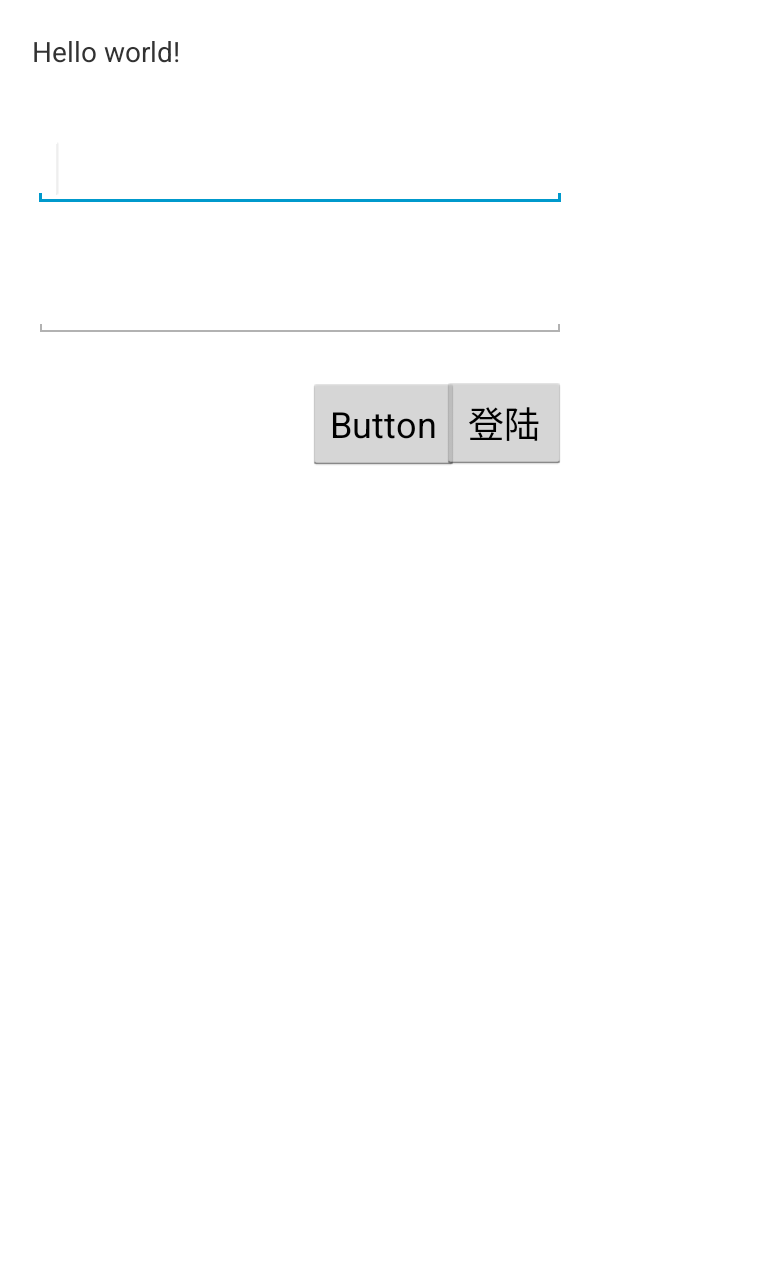
Repository: moetmd/learning-Android
Layout: MyApp/res/layout/activity_main.xml
These files come from the project's save history. The layout is drawn as it stood at one moment and after the next save; the edit follows.
It is drawn on a 768 x 1280 px phone screen (xhdpi) without system bars, with theme AppTheme; the app's code is not run.

Above is the layout before, as saved 2014-11-17 08:37:12.

### MyApp/res/layout/activity_main.xml
<RelativeLayout xmlns:android="http://schemas.android.com/apk/res/android"
    xmlns:tools="http://schemas.android.com/tools"
    android:layout_width="match_parent"
    android:layout_height="match_parent"
    android:paddingBottom="@dimen/activity_vertical_margin"
    android:paddingLeft="@dimen/activity_horizontal_margin"
    android:paddingRight="@dimen/activity_horizontal_margin"
    android:paddingTop="@dimen/activity_vertical_margin"
    tools:context="org.niit.myapp.MainActivity$PlaceholderFragment" >

    <TextView
        android:id="@+id/textView1"
        android:layout_width="wrap_content"
        android:layout_height="wrap_content"
        android:text="@string/hello_world" />

    <LinearLayout
        android:id="@+id/linearLayout1"
        android:layout_width="wrap_content"
        android:layout_height="wrap_content"
        android:layout_alignLeft="@+id/textView1"
        android:layout_below="@+id/textView1"
        android:orientation="vertical" >

            <EditText
        android:id="@+id/editText1"
        android:layout_width="268dp"
        android:layout_height="wrap_content"
        android:layout_below="@+id/linearLayout1"
        android:layout_centerHorizontal="true"
        android:layout_marginTop="30dp"
        android:ems="10" />

    <EditText
        android:id="@+id/editText2"
        android:layout_width="match_parent"
        android:layout_height="wrap_content"
        android:layout_alignLeft="@+id/editText1"
        android:layout_alignRight="@+id/editText1"
        android:layout_below="@+id/editText1"
        android:layout_marginTop="26dp"
        android:ems="10"
        android:inputType="textPassword" />

        <requestFocus />

    </LinearLayout>

    <Button
        android:id="@+id/button1"
        android:layout_width="wrap_content"
        android:layout_height="wrap_content"
        android:layout_below="@+id/linearLayout1"
        android:layout_centerHorizontal="true"
        android:layout_marginTop="18dp"
        android:text="Button" />

    <Button
        android:id="@+id/button2"
        android:layout_width="wrap_content"
        android:layout_height="wrap_content"
        android:layout_alignBaseline="@+id/button1"
        android:layout_alignBottom="@+id/button1"
        android:layout_alignRight="@+id/linearLayout1"
        android:text="@string/login" />



</RelativeLayout>

### MyApp/res/values/strings.xml
<?xml version="1.0" encoding="utf-8"?>
<resources>

    <string name="app_name">Eclipse</string>
    <string name="hello_world">Hello world!</string>
    <string name="action_settings">Settings</string>
    <string name="new_project">new project</string>
    <string name="login">登陆</string>
	<string name="reset">清空</string>
</resources>

Loaded but not shown: MyApp/res/values/styles.xml (common file); MyApp/res/values-v11/styles.xml (common file); MyApp/res/values-v14/styles.xml (common file); MyApp/res/values/dimens.xml (common file); MyApp/res/values-w820dp/dimens.xml (common file)

After the next save:
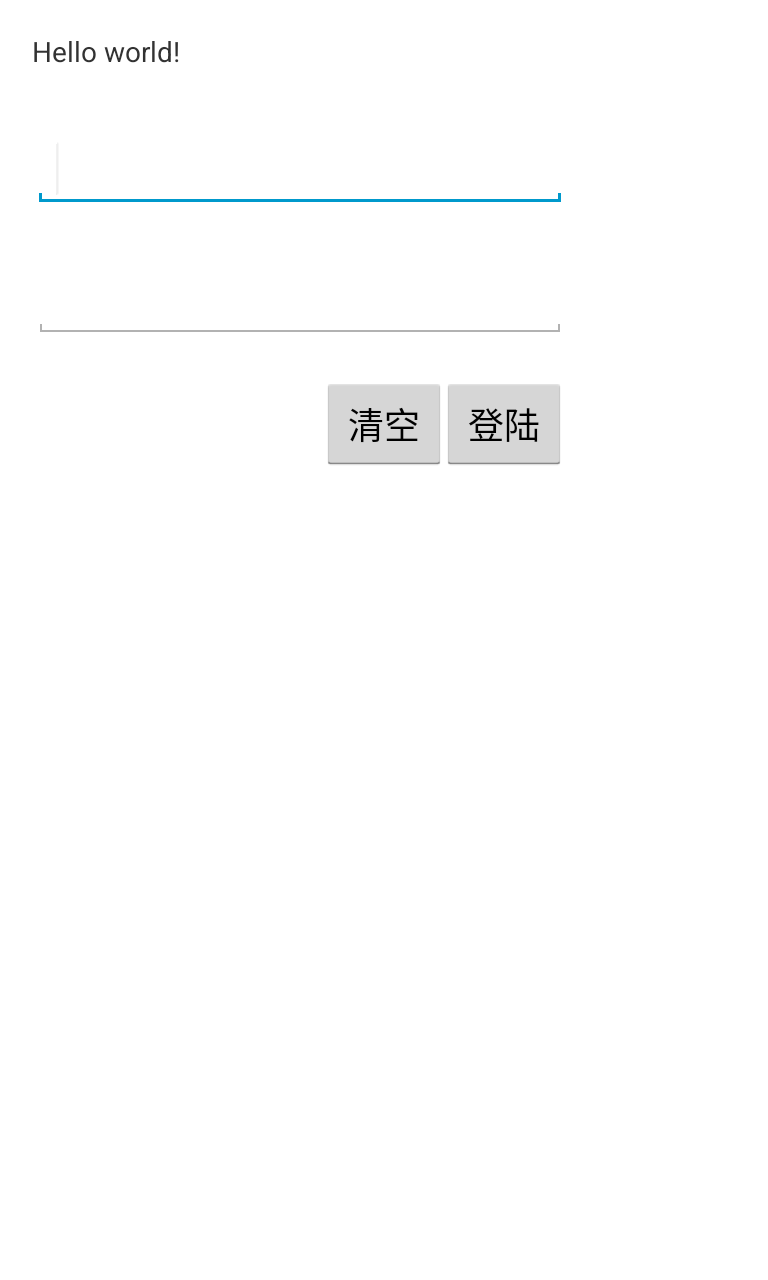
Saved 10 s later.
--- a/MyApp/res/layout/activity_main.xml
+++ b/MyApp/res/layout/activity_main.xml
@@ -53,7 +53,7 @@
         android:layout_below="@+id/linearLayout1"
         android:layout_centerHorizontal="true"
         android:layout_marginTop="18dp"
-        android:text="Button" />
+        android:text="@string/reset" />
 
     <Button
         android:id="@+id/button2"
